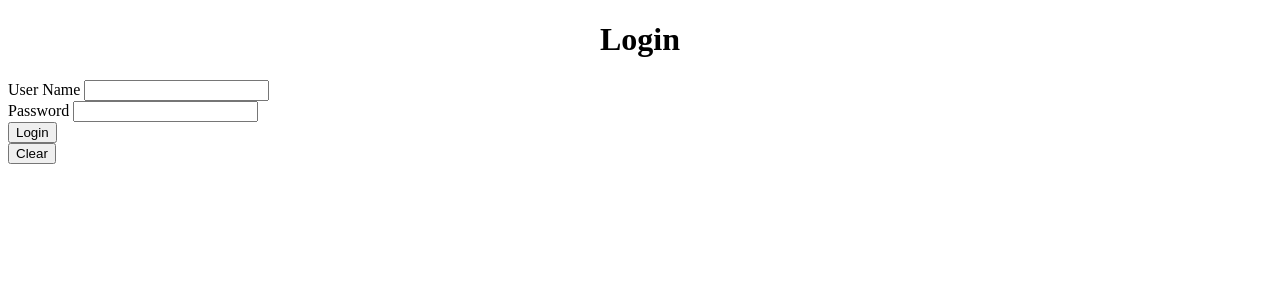
Repository: ramakrishnan1997/ram_javatraining
Page: http://localhost/AdminPortal/Login.jsp
An editor plug-in stored every save of this project. The page is shown before and after the next save, followed by the edit.
The browser window is 1280 px wide. The pictures show the whole page.
The page is served by Tomcat 9.

Above is the page before, as saved 2022-07-01 06:39:41.

After the next save:
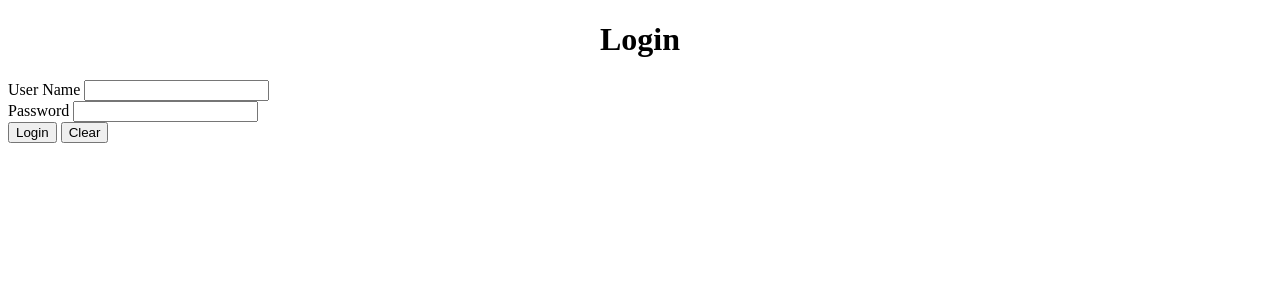
Saved 69 s later.
--- a/AdminPortal/src/main/webapp/Login.jsp
+++ b/AdminPortal/src/main/webapp/Login.jsp
@@ -11,7 +11,7 @@
 <form>
 <div><label>User Name</label> <input type="text" name="username"></div>
 <div><label>Password</label> <input type="password" name="password"></div>
-<div><input type="submit" value="Login"></div>
+<input type="submit" value="Login">
 <input type="button" value="Clear">
 </form>
 
